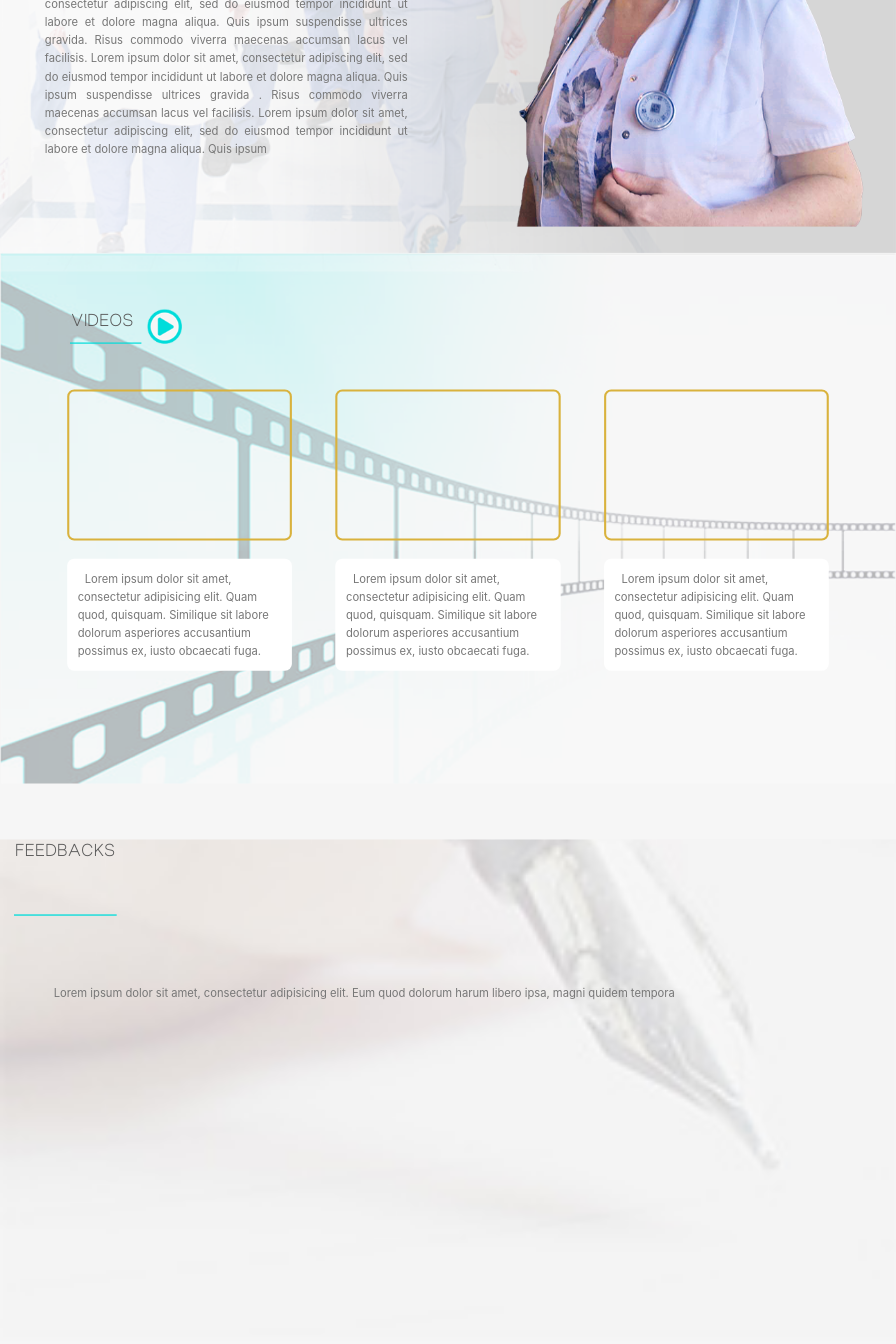
Repository: Aleksandre19/cv-ucmp
Page: index.html
The author's editor kept a record of every edit. The page is drawn from the files as they stood at one moment, then again after the next edit.
The browser window is 1280 px wide. The pictures show the part of the page from y = 2155 to 4075 px (the page is 4075 px tall), at 70% of full size.
Pictures or frames that could not be fetched are drawn as grey boxes. Backgrounds fixed to the window are drawn as part of the page. Some web libraries are served in a nearby version.

Above is the page before.

After the next edit:
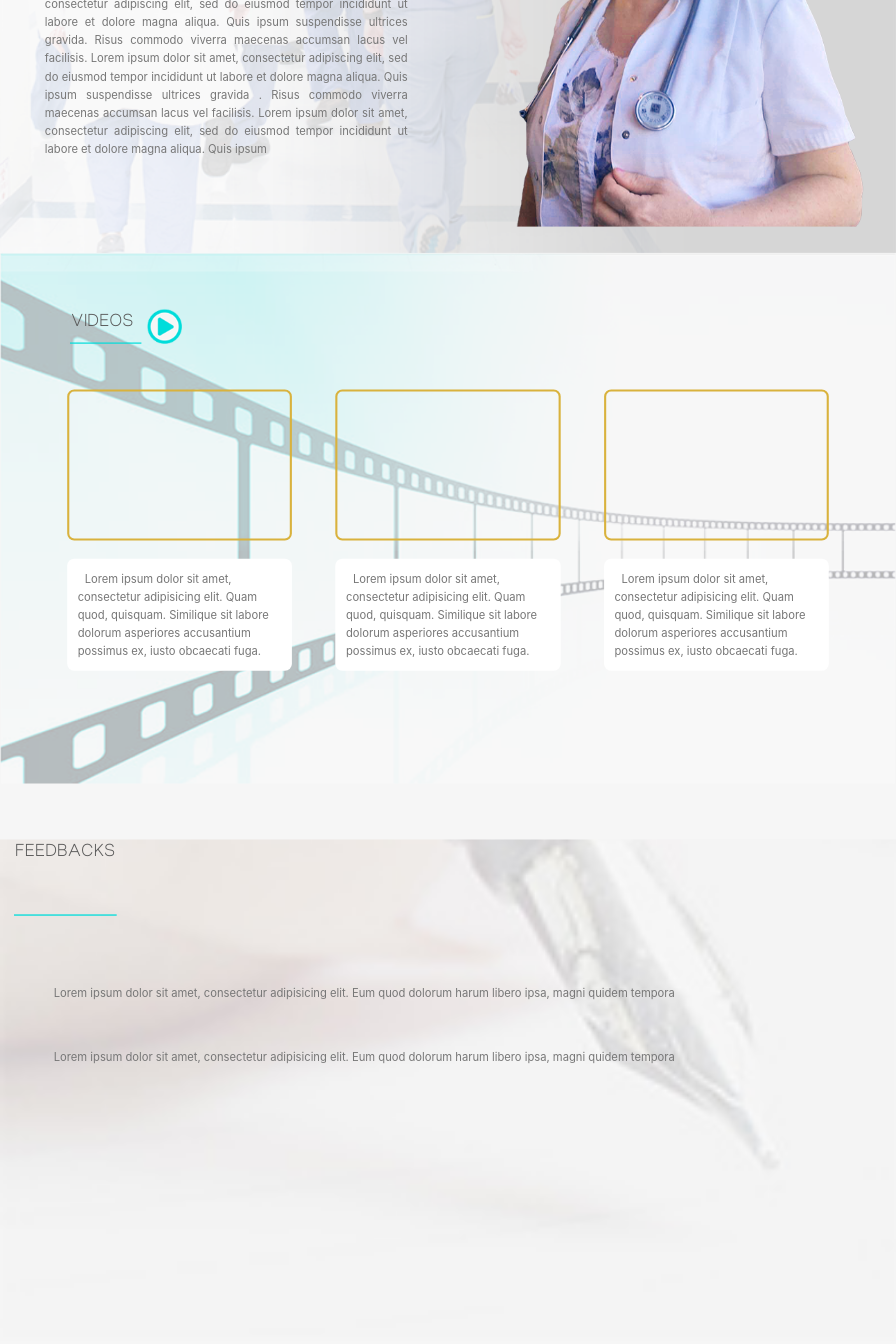
The edit:
--- a/index.html
+++ b/index.html
@@ -311,7 +311,9 @@
             <blockquote class="container-fluid">
                 <div class="row">
                     <p class="feedback-text feedback2">
-
+                        Lorem ipsum dolor sit amet, consectetur adipisicing
+                        elit. Eum quod dolorum harum libero ipsa, magni
+                        quidem tempora
                     </p>
                 </div>
             </blockquote>
